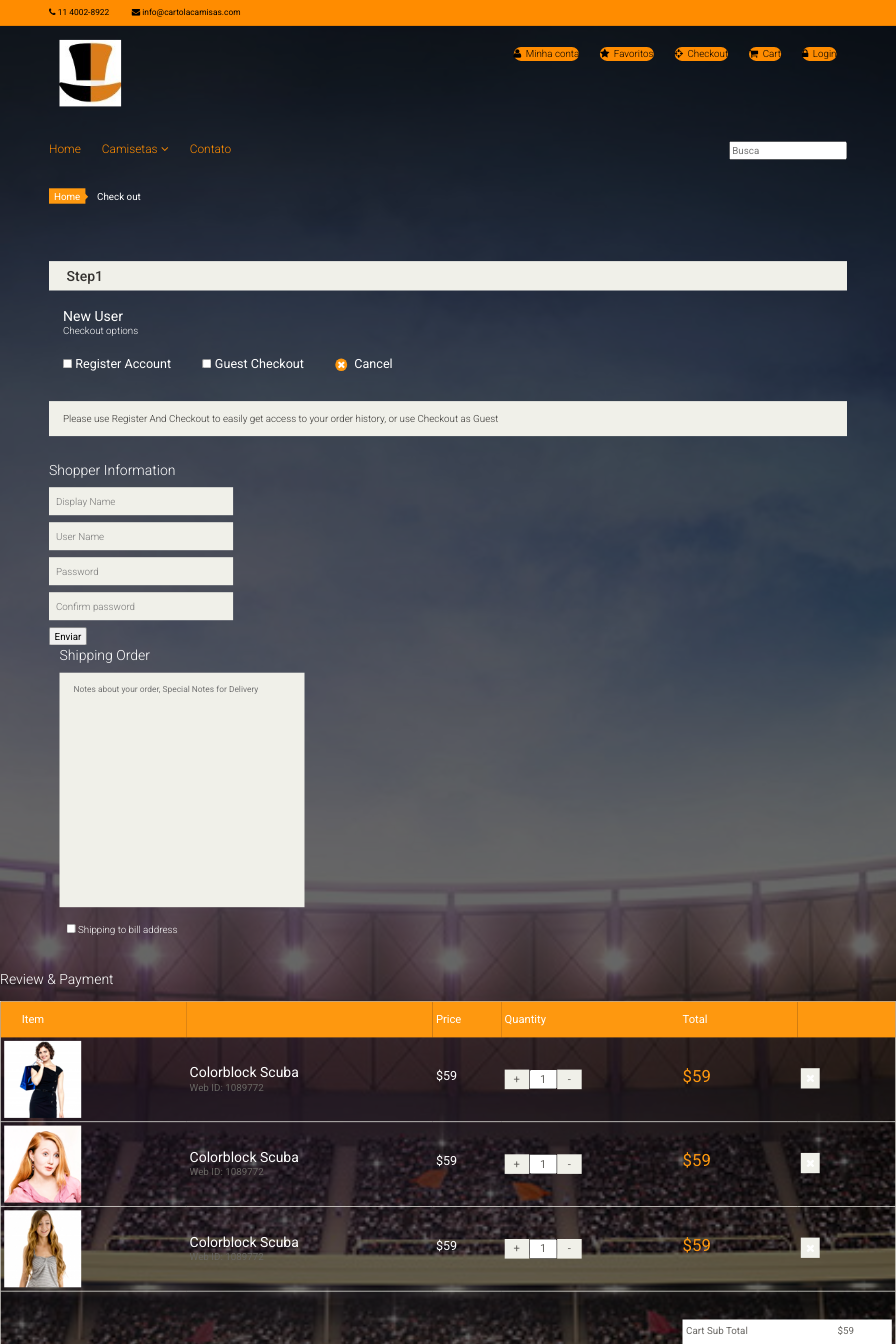
Repository: matheus-bms/camisetaPI
Page: http://localhost/checkout
An editor plug-in stored every save of this project. The page is shown before and after the next save, followed by the edit.
The browser window is 1280 px wide. The pictures show the part of the page from y = 0 to 1920 px (the page is 2814 px tall before and 2717 px after), at 70% of full size.
Some web fonts or font styles are not loaded; a fallback is used. The page is served by the project's Node server (app.js).

Above is the page before, as saved 2022-04-27 18:43:57.

After the next save:
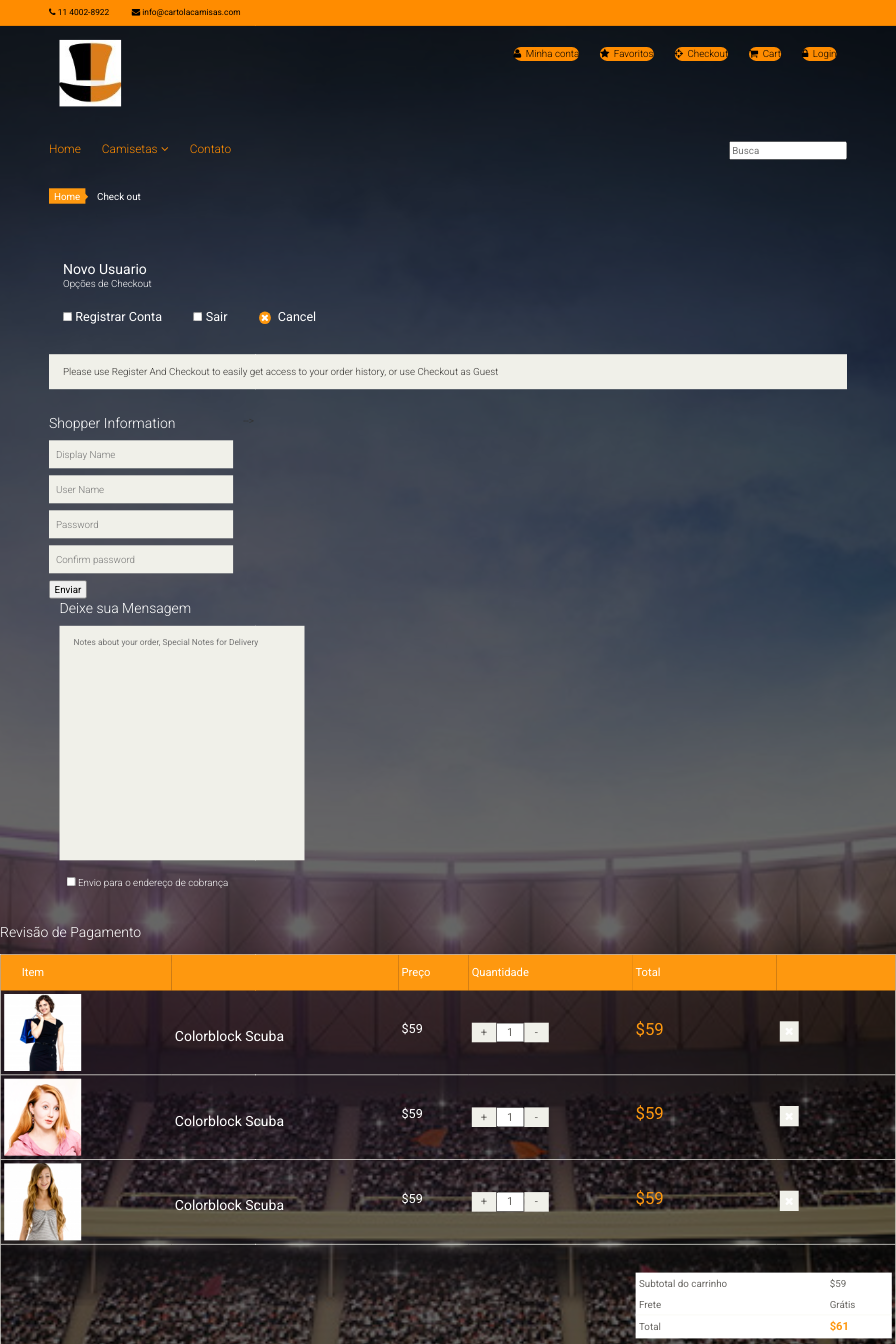
Saved 9 min 6 s later.
--- a/views/checkout.ejs
+++ b/views/checkout.ejs
@@ -12,18 +12,18 @@
 				</ol>
 			</div><!--/breadcrums-->
 
-			<div class="step-one">
+			<!--<div class="step-one">
 				<h2 class="heading">Step1</h2>
-			</div>
+			</div>-->
 			<div class="checkout-options">
-				<h3>New User</h3>
-				<p>Checkout options</p>
+				<h3>Novo Usuario</h3>
+				<p> Opções de Checkout</p>
 				<ul class="nav">
 					<li>
-						<label><input type="checkbox"> Register Account</label>
+						<label><input type="checkbox"> Registrar Conta</label>
 					</li>
 					<li>
-						<label><input type="checkbox"> Guest Checkout</label>
+						<label><input type="checkbox"> Sair</label>
 					</li>
 					<li>
 						<a href=""><i class="fa fa-times"></i>Cancel</a>
@@ -51,7 +51,7 @@
 							<a class="btn btn-primary" href="">Continue</a>-->
 						<!--</div>
 					</div>
-					<div class="col-sm-5 clearfix">
+					<!--<div class="col-sm-5 clearfix">
 						<div class="bill-to">
 							<p>Bill To</p>
 							<div class="form-one">
@@ -97,19 +97,19 @@
 									<input type="text" placeholder="Fax">
 								</form>-->
 							</div>
-						</div>
+						</div> -->
 					</div>
 					<div class="col-sm-4">
 						<div class="order-message">
-							<p>Shipping Order</p>
+							<p>Deixe sua Mensagem</p>
 							<textarea name="message"  placeholder="Notes about your order, Special Notes for Delivery" rows="16"></textarea>
-							<label><input type="checkbox"> Shipping to bill address</label>
+							<label><input type="checkbox"> Envio para o endereço de cobrança</label>
 						</div>
 					</div>
 				</div>
 			</div>
 			<div class="review-payment">
-				<h2>Review & Payment</h2>
+				<h2>Revisão de Pagamento</h2>
 			</div>
 
 			<div class="table-responsive cart_info">
@@ -118,8 +118,8 @@
 						<tr class="cart_menu">
 							<td class="image">Item</td>
 							<td class="description"></td>
-							<td class="price">Price</td>
-							<td class="quantity">Quantity</td>
+							<td class="price">Preço</td>
+							<td class="quantity">Quantidade</td>
 							<td class="total">Total</td>
 							<td></td>
 						</tr>
@@ -131,7 +131,33 @@
 							</td>
 							<td class="cart_description">
 								<h4><a href="">Colorblock Scuba</a></h4>
-								<p>Web ID: 1089772</p>
+								<!--<p>Web ID: 1089772</p>-->
+							</td>
+							<td class="cart_price">
+								<p>$59</p>
+							</td>
+							<td class="cart_quantity">
+								<div class="cart_quantity_button">
+									<a class="cart_quantity_up" href=""> + </a>
+									<input class="cart_quantity_input" type="text" name="quantity" value="1" autocomplete="on" size="2">
+									<a class="cart_quantity_down" href=""> - </a>
+								</div>
+							</td>
+							<td class="cart_total">
+								<p class="cart_total_price">$59</p>
+							</td>
+							<td class="cart_delete">
+								<a class="cart_quantity_delete" href=""><i class="fa fa-times"></i></a>
+							</td>
+						</tr>
+
+						<tr>
+							<td class="cart_product">
+								<a href=""><img src="images/cart/two.png" alt=""></a>
+							</td>
+							<td class="cart_description">
+								<h4><a href="">Colorblock Scuba</a></h4>
+								<!--<p>Web ID: 1089772</p>-->
 							</td>
 							<td class="cart_price">
 								<p>$59</p>
@@ -150,14 +176,13 @@
 								<a class="cart_quantity_delete" href=""><i class="fa fa-times"></i></a>
 							</td>
 						</tr>
-
 						<tr>
 							<td class="cart_product">
-								<a href=""><img src="images/cart/two.png" alt=""></a>
+								<a href=""><img src="images/cart/three.png" alt=""></a>
 							</td>
 							<td class="cart_description">
 								<h4><a href="">Colorblock Scuba</a></h4>
-								<p>Web ID: 1089772</p>
+								<!--<p>Web ID: 1089772</p>-->
 							</td>
 							<td class="cart_price">
 								<p>$59</p>
@@ -177,45 +202,20 @@
 							</td>
 						</tr>
 						<tr>
-							<td class="cart_product">
-								<a href=""><img src="images/cart/three.png" alt=""></a>
-							</td>
-							<td class="cart_description">
-								<h4><a href="">Colorblock Scuba</a></h4>
-								<p>Web ID: 1089772</p>
-							</td>
-							<td class="cart_price">
-								<p>$59</p>
-							</td>
-							<td class="cart_quantity">
-								<div class="cart_quantity_button">
-									<a class="cart_quantity_up" href=""> + </a>
-									<input class="cart_quantity_input" type="text" name="quantity" value="1" autocomplete="off" size="2">
-									<a class="cart_quantity_down" href=""> - </a>
-								</div>
-							</td>
-							<td class="cart_total">
-								<p class="cart_total_price">$59</p>
-							</td>
-							<td class="cart_delete">
-								<a class="cart_quantity_delete" href=""><i class="fa fa-times"></i></a>
-							</td>
-						</tr>
-						<tr>
 							<td colspan="4">&nbsp;</td>
 							<td colspan="2">
 								<table class="table table-condensed total-result">
 									<tr>
-										<td>Cart Sub Total</td>
+										<td>Subtotal do carrinho</td>
 										<td>$59</td>
 									</tr>
 									<tr>
-										<td>Exo Tax</td>
-										<td>$2</td>
+										<!--<td>Frete</td>
+										<td>$2</td>-->
 									</tr>
 									<tr class="shipping-cost">
-										<td>Shipping Cost</td>
-										<td>Free</td>
+										<td>Frete</td>
+										<td>Grátis</td>
 									</tr>
 									<tr>
 										<td>Total</td>
@@ -229,10 +229,10 @@
 			</div>
 			<div class="payment-options">
 					<span>
-						<label><input type="checkbox"> Direct Bank Transfer</label>
+						<label><input type="checkbox"> Transferência bancária direta</label>
 					</span>
 					<span>
-						<label><input type="checkbox"> Check Payment</label>
+						<label><input type="checkbox"> Parcelamento</label>
 					</span>
 					<span>
 						<label><input type="checkbox"> Paypal</label>
